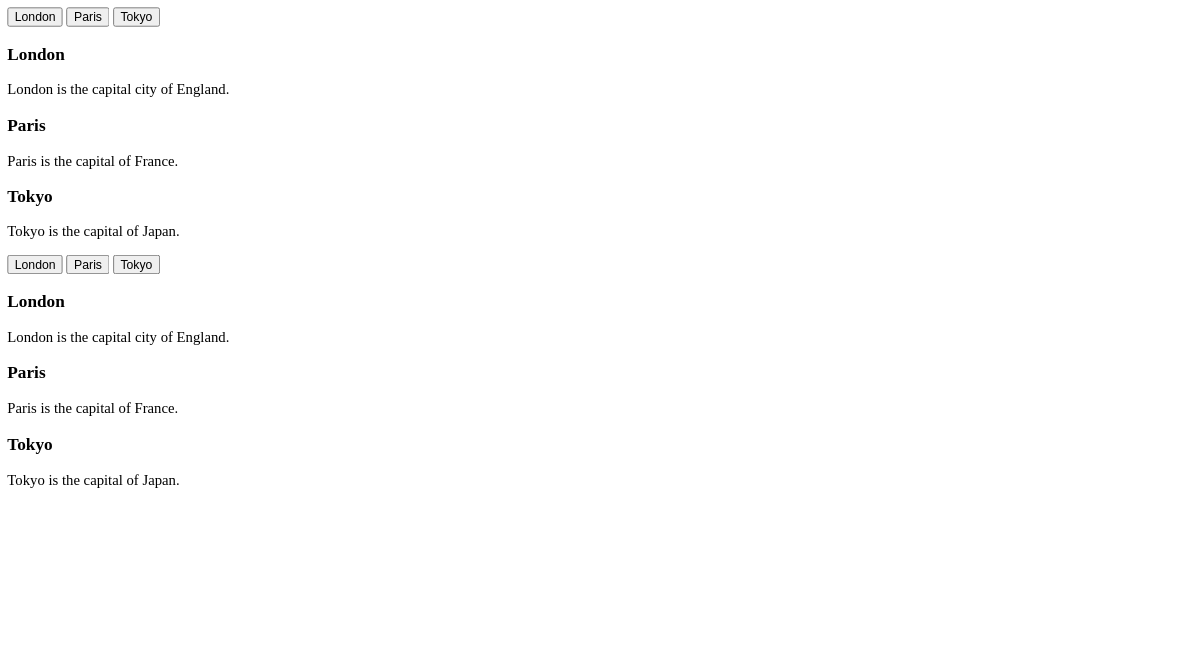
Repository: brandonhyc/note_collection
Page: 基础笔记/HTML_CSS_JS/Examples/inheritanceComponent/index.html
An editor plug-in stored every save of this project. The page is shown before and after the next save, followed by the edit.
The browser window is 1280 px wide. The pictures show the whole page, at 92% of full size.

Above is the page before, as saved 2019-02-15 09:56:26.

After the next save:
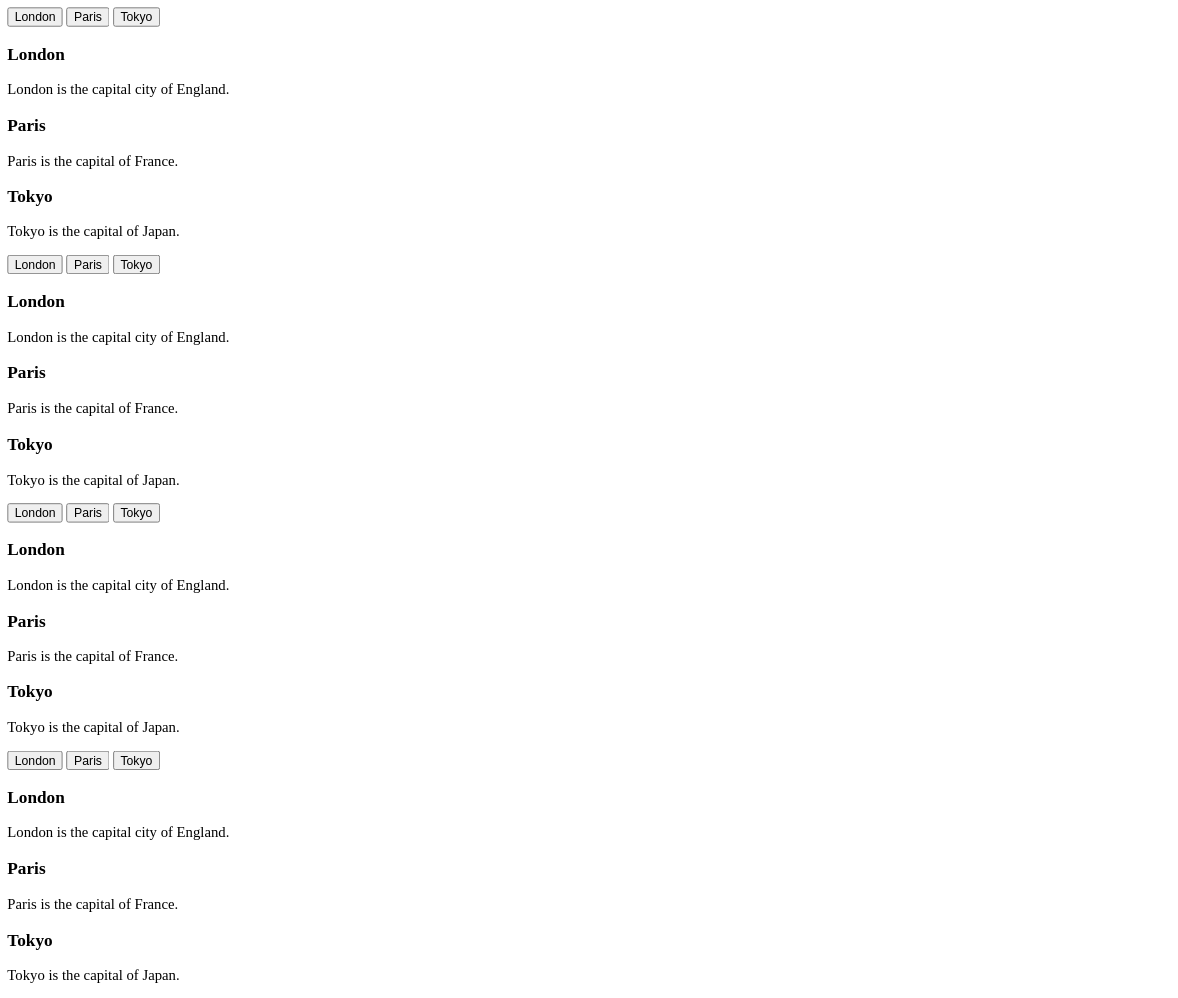
Saved 20 s later.
--- a/基础笔记/HTML_CSS_JS/Examples/inheritanceComponent/inheritanceComponent.js
+++ b/基础笔记/HTML_CSS_JS/Examples/inheritanceComponent/inheritanceComponent.js
@@ -1,7 +1,7 @@
 class tabSwitcher {
     constructor(prop) {
         this.id = prop.id;
-        this.node = null;
+        this.node = this.create;
     }
 
     get create() {

After the save that followed:
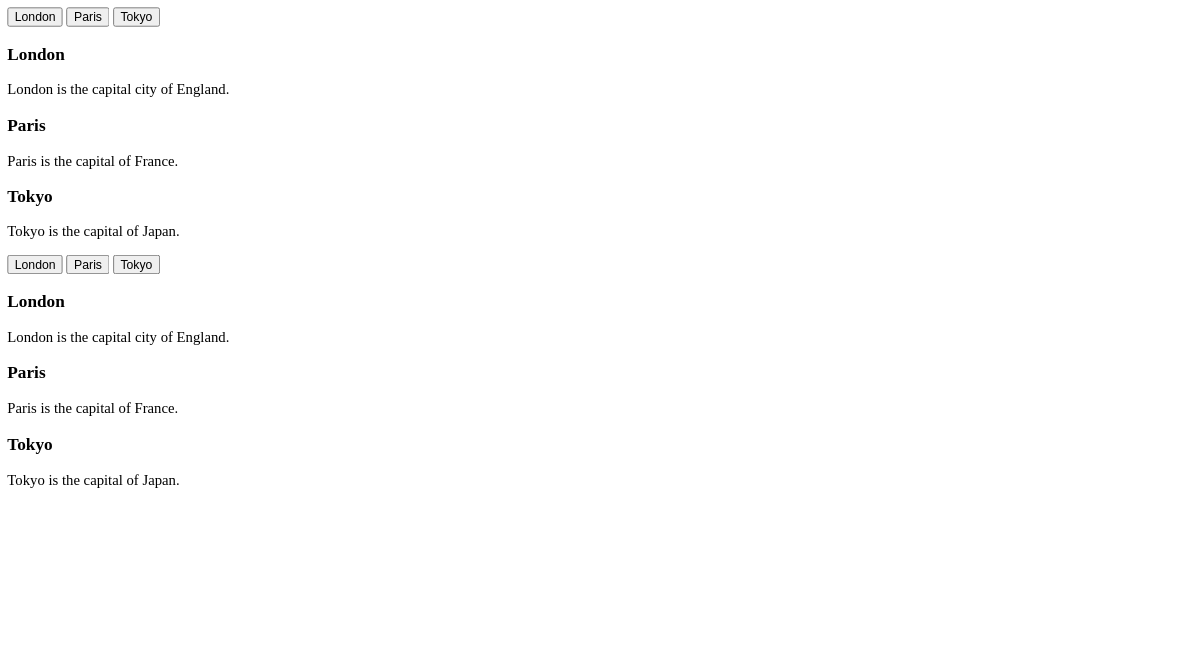
Saved 38 s later.
--- a/基础笔记/HTML_CSS_JS/Examples/inheritanceComponent/inheritanceComponent.js
+++ b/基础笔记/HTML_CSS_JS/Examples/inheritanceComponent/inheritanceComponent.js
@@ -5,6 +5,9 @@ class tabSwitcher {
     }
 
     get create() {
+        if (this.node != null) {
+            return this.node;
+        }
         let temp = document.getElementsByTagName("template")[0];
         let clon = temp.content.cloneNode(true);
 
